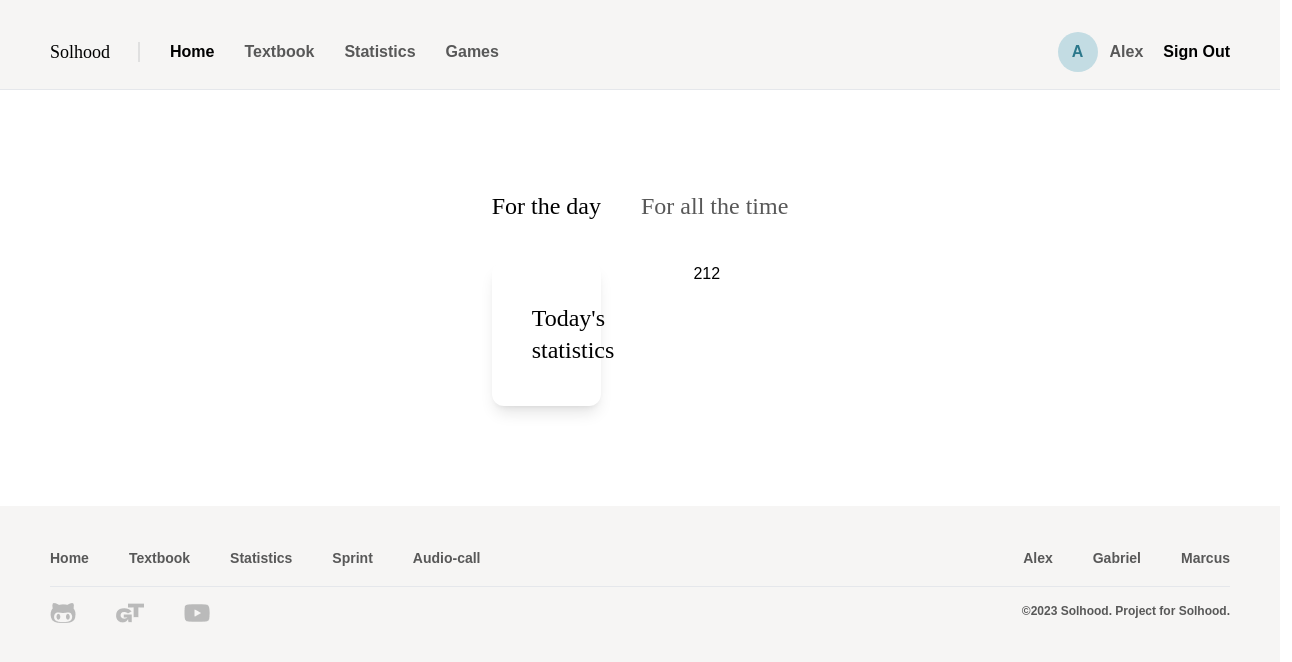
Repository: haudnn/solhood
Page: /statistics
An editor plug-in stored every save of this project. The page is shown before and after the next save, followed by the edit.
The browser window is 1280 px wide. The page is 1280 px wide, then 1292 px, so the pictures cover 1292 px, including what lies to the right of the window. The pictures show the whole page.
The project was rebuilt for these pictures with package versions that can differ from the ones it lists, and the page was loaded fresh each time. Also part of the build but not shown: src/pages/Home.tsx, src/pages/sprint/Sprint.tsx, src/pages/sprint/Game.tsx, src/pages/sprint/Result.tsx, src/pages/audio/Audio.tsx, src/pages/audio/Game.tsx, src/pages/audio/Result.tsx, src/hooks/useClickOutSide.ts and 2 more.

Above is the page before, as saved 2023-01-06 20:21:15.

### public/index.html
<!DOCTYPE html>
<html lang="en">
  <head>
    <meta charset="utf-8" />
    <link rel="icon" href="%PUBLIC_URL%/solanaLogoMark.svg" />
    <meta name="viewport" content="width=device-width, initial-scale=1" />
    <meta name="theme-color" content="#000000" />
    <meta
      name="description"
      content="Web site created using create-react-app"
    />
    <link rel="apple-touch-icon" href="%PUBLIC_URL%/logo192.png" />
    <link rel="manifest" href="%PUBLIC_URL%/manifest.json" />
    <title>Solhood | E-Learning Platform</title>
  </head>
  <body>
    <noscript>You need to enable JavaScript to run this app.</noscript>
    <div id="root"></div>
  </body>
</html>

### src/App.tsx
import "./App.css";
import { BrowserRouter } from 'react-router-dom';
import RouterConfig from './config/RouterConfig';
import Footer from "./components/Layout/Footer";
import Header from "./components/Layout/Header";
function App() {
  return (
    <div className="App font-montserrat">
      <BrowserRouter>
        <Header />
        <RouterConfig/>
        <Footer/>
      </BrowserRouter>
    </div>
  );
}

export default App;

### src/config/RouterConfig.tsx
import React from 'react'
import { Routes, Route } from 'react-router-dom';
import {router} from '../constants';
const RouterConfig = () => {
  return (
    <Routes>
    {router.map(({ path, component }) => (
      <Route key={path} path={path} element={component} />
    ))}
  </Routes>
  )
}

export default RouterConfig

### src/components/Layout/Footer.tsx
import React from "react";
import github from '../../assets/imgs/github.png';
import GT from '../../assets/imgs/GT.png'
import youtube from '../../assets/imgs/youtube.png'
const Footer = () => {
  return (
    <footer>
      <div className="bg-greyligt py-[40px]">
        <div className="app-container">
          <div className="pb-4 border-b border-solid boder-[greymedium]">
            <div className="grid">
              <div className="row">
                <div className="col l-6">
                  <ul className="flex items-center gap-x-10">
                    <li>
                      <a
                        className="text-sm font-semibold text-greydark"
                        href="/"
                      >
                        Home
                      </a>
                    </li>
                    <li>
                      <a
                        className="text-sm font-semibold text-greydark"
                        href="/"
                      >
                        Textbook
                      </a>
                    </li>
                    <li>
                      <a
                        className="text-sm font-semibold text-greydark"
                        href="/"
                      >
                        Statistics
                      </a>
                    </li>
                    <li>
                      <a
                        className="text-sm font-semibold text-greydark"
                        href="/"
                      >
                        Sprint
                      </a>
                    </li>
                    <li>
                      <a
                        className="text-sm font-semibold text-greydark"
                        href="/"
                      >
                        Audio-call
                      </a>
                    </li>
                  </ul>
                </div>
                <div className="col l-6">
                  <ul className="flex items-center justify-end gap-x-10">
                    <li>
                      <a
                        className="text-sm font-semibold text-greydark"
                        href="/"
                      >
                        Alex
                      </a>
                    </li>
                    <li>
                      <a
                        className="text-sm font-semibold text-greydark"
                        href="/"
                      >
                        Gabriel
                      </a>
                    </li>
                    <li>
                      <a
                        className="text-sm font-semibold text-greydark"
                        href="/"
                      >
                        Marcus
                      </a>
                    </li>
                  </ul>
                </div>
              </div>
            </div>
          </div>
          <div className="pt-4">
            <div className="grid">
              <div className="row">
                <div className="col l-6">
                  <ul className="flex items-center gap-x-10">
                    <li>
                      <a href="/">
                        <img src={github} alt="" />
                      </a>
                    </li>
                    <li>
                      <a href="/">
                        <img src={GT} alt="" />
                      </a>
                    </li>
                    <li>
                      <a href="/">
                        <img src={youtube} alt="" />
                      </a>
                    </li>
                  </ul>
                </div>
                <div className="col l-6">
                  <div className="flex items-center justify-end">
                    <span className="text-xs font-semibold text-greydark ">
                      ©2023 Solhood. Project for Solhood.
                    </span>
                  </div>
                </div>
              </div>
            </div>
          </div>
        </div>
      </div>
    </footer>
  );
};

export default Footer;

### src/components/Layout/Header.tsx
import React from "react";

const Header = () => {
  return (
    <header className="py-8 border-b border-solid border-[grey-dark] bg-greyligt max-h-[90px]">
      <div className="app-container">
        <div className="grid">
          <div className="row">
            <div className="col l-6">
              <div className="flex items-center gap-x-[60px] h-full">
                <div className="line">
                  <a href="/" className="text-lg text-black font-dela">
                    Solhood
                  </a>
                </div>
                <div className="">
                  <ul className="flex items-center gap-x-[30px]">
                    <li>
                      <a
                        className="text-base font-semibold text-black"
                        href="/"
                      >
                        Home
                      </a>
                    </li>
                    <li>
                      <a
                        className="text-base font-semibold text-greydark"
                        href="/textbook"
                      >
                        Textbook
                      </a>
                    </li>
                    <li>
                      <a
                        className="text-base font-semibold text-greydark"
                        href="/statistics"
                      >
                        Statistics
                      </a>
                    </li>
                    <li className="relative group">
                      <p className="text-base font-semibold cursor-default text-greydark">
                        Games
                      </p>
                      <div className="z-10 group-hover:block hidden absolute bg-white rounded-xl shadow-lg w-[215px] p-5 top-10 bridge">
                        <ul>
                          <li className="mb-2 text-base font-semibold text-greydark">
                            <a href="/sprint">Sprint</a>
                          </li>
                          <li>
                            <a
                              href="/audio"
                              className="text-base font-semibold text-greydark"
                            >
                              Audio call
                            </a>
                          </li>
                        </ul>
                      </div>
                    </li>
                  </ul>
                </div>
              </div>
            </div>
            <div className="col l-6">
              <div className="flex justify-end">
                <div className="flex items-center mr-5 gap-x-3">
                  <div className="flex items-center justify-center w-10 h-10 rounded-[50%] bg-cyanlight">
                    <span className="text-base font-semibold text-cyandark">
                      A
                    </span>
                  </div>
                  <span className="text-base font-semibold text-greydark">
                    Alex
                  </span>
                </div>
                <div className="flex items-center">
                  <a href="/" className="text-base font-semibold text-black">
                    Sign Out
                  </a>
                </div>
              </div>
            </div>
          </div>
        </div>
      </div>
    </header>
  );
};

export default Header;

### src/constants/index.ts
import router from "./router"

export {router}

### src/constants/router.tsx
import Home from "../pages/Home";
import Sprint from "../pages/sprint/Sprint";
import SprintGame from "../pages/sprint/Game";
import SprintResult from "../pages/sprint/Result";
import Audio from "../pages/audio/Audio";
import AudioGame from "../pages/audio/Game";
import AudioResult from "../pages/audio/Result";
import TextBook from "../pages/textbook/TextBook";
import Statistics from "../pages/statistics/Statistics";
const router = [
 {
    path: '/',
    component: <Home />,
 },
 {
   path: '/textbook',
   component: <TextBook />,
},
 {
   path: '/statistics',
   component: <Statistics />,
 }
 ,
// Audio
 {
  path: '/audio',
  component: <Audio />,
 },
 {
  path: '/audio/game',
  component: <AudioGame />,
 },
 {
  path: '/audio/result',
  component: <AudioResult />,
 },
// Sprint
 {
  path: '/sprint',
  component: <Sprint />,
  },
 {
  path: '/sprint/game',
  component: <SprintGame />,
 },
 {
  path: '/sprint/result',
  component: <SprintResult />,
 },


]
export default router;

### src/pages/statistics/Statistics.tsx
import React from 'react'

const Statistics = () => {
  return (
    <div className="statistics py-[100px]">
        <div className="flex flex-col items-center justify-center w-full">
            <div>
                <div className="flex items-center pb-10 gap-x-10">
                    <span className="text-2xl text-black cursor-pointer font-dela">For the day</span>
                    <span className="text-2xl cursor-pointer text-greydark font-dela">For all the time</span>
                </div>
                <div className='flex flex-col items-center justify-center w-full'>
                    <div className="grid">
                        <div className="row">
                            <div className="col l-5">
                                <div className="p-10 bg-white shadow-lg rounded-xl">
                                    <span className="text-2xl text-black font-dela">Today's statistics</span>
                                </div>
                            </div>
                            <div className="col l-7">
                                212
                            </div>
                        </div>
                    </div>
                </div>
            </div>
        </div>
    </div>
  )
}

export default Statistics

Loaded but not shown: src/index.tsx (common file); src/App.css (common file); tailwind.config.js (33 lines, source omitted); src/index.css (729 lines, source omitted)

After the next save:
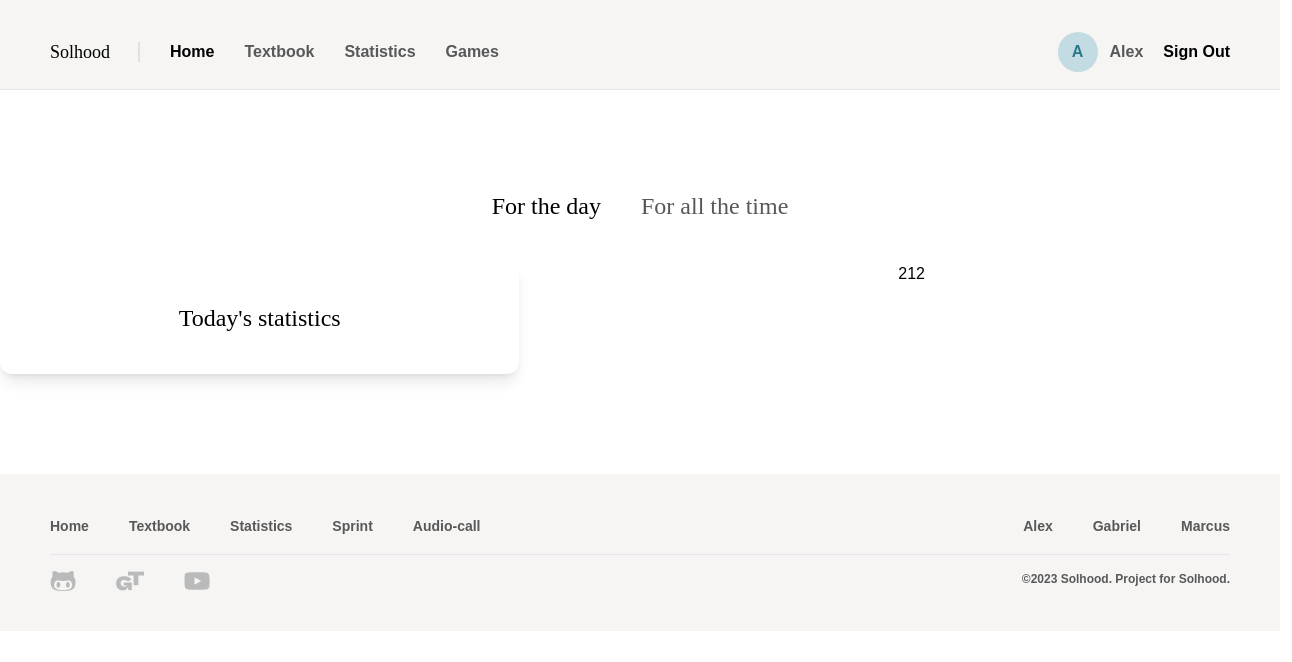
Saved 31 s later.
--- a/src/pages/statistics/Statistics.tsx
+++ b/src/pages/statistics/Statistics.tsx
@@ -1,32 +1,34 @@
-import React from 'react'
+import React from "react";
 
 const Statistics = () => {
   return (
     <div className="statistics py-[100px]">
+      <div className="flex flex-col items-center justify-center w-full">
+        <div className="flex items-center pb-10 gap-x-10">
+          <span className="text-2xl text-black cursor-pointer font-dela">
+            For the day
+          </span>
+          <span className="text-2xl cursor-pointer text-greydark font-dela">
+            For all the time
+          </span>
+        </div>
         <div className="flex flex-col items-center justify-center w-full">
-            <div>
-                <div className="flex items-center pb-10 gap-x-10">
-                    <span className="text-2xl text-black cursor-pointer font-dela">For the day</span>
-                    <span className="text-2xl cursor-pointer text-greydark font-dela">For all the time</span>
+          <div className="grid">
+            <div className="row">
+              <div className="col l-5">
+                <div className="p-10 bg-white shadow-lg rounded-xl">
+                  <span className="text-2xl text-black font-dela">
+                    Today's statistics
+                  </span>
                 </div>
-                <div className='flex flex-col items-center justify-center w-full'>
-                    <div className="grid">
-                        <div className="row">
-                            <div className="col l-5">
-                                <div className="p-10 bg-white shadow-lg rounded-xl">
-                                    <span className="text-2xl text-black font-dela">Today's statistics</span>
-                                </div>
-                            </div>
-                            <div className="col l-7">
-                                212
-                            </div>
-                        </div>
-                    </div>
-                </div>
+              </div>
+              <div className="col l-7">212</div>
             </div>
+          </div>
         </div>
+      </div>
     </div>
-  )
-}
+  );
+};
 
-export default Statistics
+export default Statistics;
